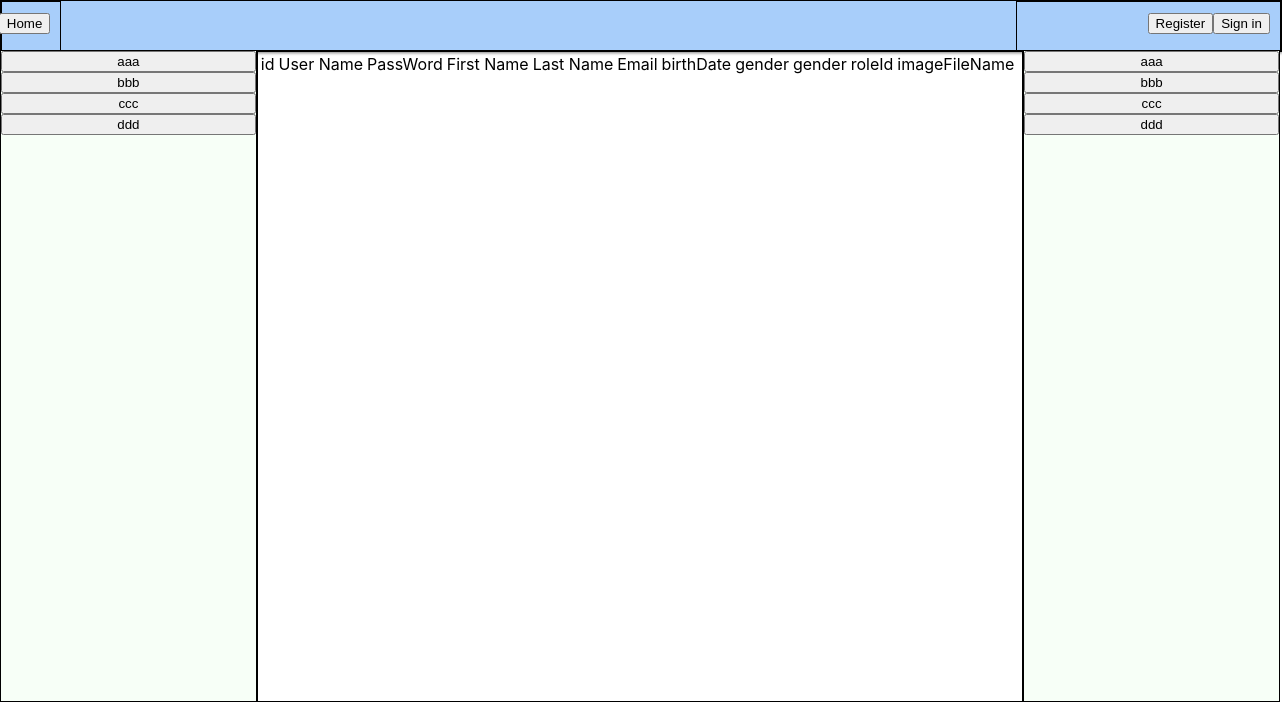
Repository: MichaelSodovski/website-client
Page: /users
These files come from the project's save history. The page is drawn as it stood at one moment and after a run of saves; the edit follows.
The browser window is 1280 px wide. The page is 1282 px wide, so the pictures cover 1282 px, including what lies to the right of the window. The pictures show the whole page.
The page's requests for data from a server got no answer. The project was rebuilt for these pictures with package versions that can differ from the ones it lists, and the page was loaded fresh each time. No one was signed in, and anything a server would have sent is missing. Also part of the build but not shown: src/components/home/home.component.jsx, src/components/register/register.component.css, src/components/payment-info/payment.component.css, src/components/payment-info/payment.component.js, src/components/register/register.component.jsx, src/components/signIn/signIn.component.css, src/components/signIn/signIn.component.jsx.

Above is the page before, as saved 2022-05-14 22:17:17.

After the next 8 saves:
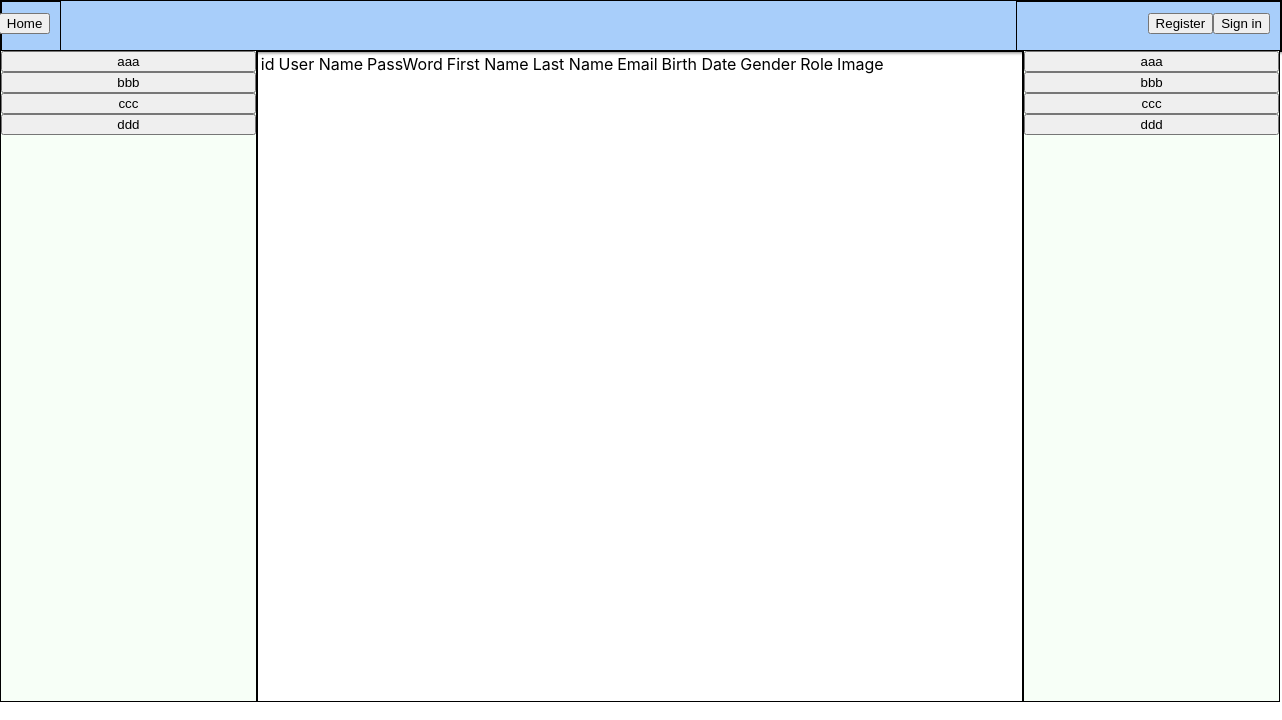
The 8 saves are shown as one change because they came seconds apart.
The last was saved 21 s later.
--- a/src/components/users/users.component.jsx
+++ b/src/components/users/users.component.jsx
@@ -37,19 +37,16 @@ export default function Users() {
                         Email
                     </td>
                     <td>
-                        birthDate
+                        Birth Date
                     </td>
                     <td>
-                        gender
+                        Gender
                     </td>
                     <td>
-                        gender
+                        Role
                     </td>
                     <td>
-                        roleId
-                    </td>
-                    <td>
-                        imageFileName
+                        Image
                     </td>
                 </tr>
             </table>
